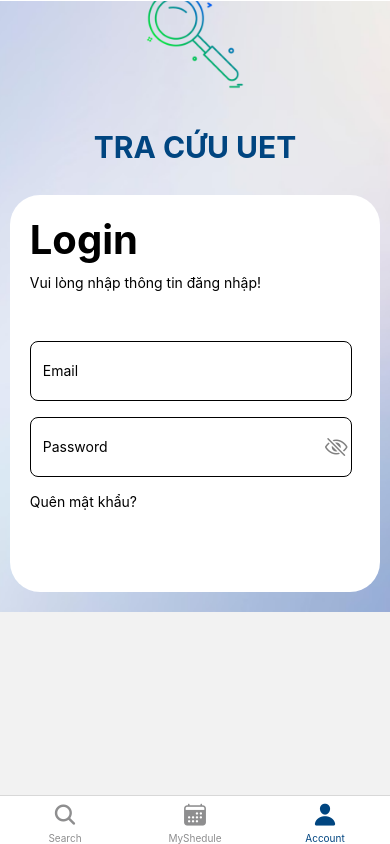
Repository: nguyenkhackien/Student-Progress-Tracker-
Screen: /Account (app in MyApp/)
An editor plug-in stored every save of this project. The screen is shown before and after a run of saves, followed by the edit.
The app was drawn by React Native's web renderer in a window 390 px wide. The project was rebuilt for these pictures with package versions that can differ from the ones it lists, and the page was loaded fresh each time. Also part of the build but not shown: MyApp/src/components/MyScheduleScreen.js.

Above is the screen before, as saved 2024-07-21 22:26:13.

### MyApp/App.js
import { createBottomTabNavigator } from "@react-navigation/bottom-tabs"
import { StatusBar } from "react-native"
import { Platform, SafeAreaView, StyleSheet, Text, View } from "react-native"
import AccountScreen from "./src/components/AccountScreen"
import MyScheduleScreen from "./src/components/MyScheduleScreen"
import SearchScreen from "./src/components/SearchSreen"
import { NavigationContainer } from "@react-navigation/native"
import { primaryColor } from "./src/Constants/Color"
import { Ionicons } from "@expo/vector-icons"

const Tab = createBottomTabNavigator()
const screenOptions = {
    headerShown: false,
    tabBarActiveTintColor: primaryColor,
}
export default function App() {
    return (
        <SafeAreaView style={styles.root}>
            <NavigationContainer>
                <Tab.Navigator screenOptions={screenOptions}>
                    <Tab.Screen
                        name="Search"
                        component={SearchScreen}
                        options={{
                            tabBarIcon: ({ focus, color, size }) => {
                                return (
                                    <Ionicons
                                        name={"search"}
                                        size={size}
                                        color={color}
                                    />
                                )
                            },
                        }}
                    />
                    <Tab.Screen
                        name="MyShedule"
                        component={MyScheduleScreen}
                        options={{
                            tabBarIcon: ({ focus, color, size }) => {
                                return (
                                    <Ionicons
                                        name={"calendar"}
                                        size={size}
                                        color={color}
                                    />
                                )
                            },
                        }}
                    />
                    <Tab.Screen
                        name="Account"
                        component={AccountScreen}
                        options={{
                            tabBarIcon: ({ focus, color, size }) => {
                                return (
                                    <Ionicons
                                        name={"person"}
                                        size={size}
                                        color={color}
                                    />
                                )
                            },
                        }}
                    />
                </Tab.Navigator>
            </NavigationContainer>
        </SafeAreaView>
    )
}
const styles = StyleSheet.create({
    root: {
        flex: 1,
        paddingTop: Platform.OS === "android" ? StatusBar.currentHeight : 1,
    },

})

### MyApp/src/components/AccountScreen.js
import { StyleSheet, Text, View } from "react-native"
import LoginScreen from "./LoginScreen"
export default function AccountScreen() {
    return (
        <LoginScreen/>
    )
}
const style = StyleSheet.create({

})

### MyApp/src/components/SearchSreen.js
import { StyleSheet, Text, View } from "react-native"

export default function SearchScreen() {
    return (
        <View>
            <Text> Search screen</Text>
        </View>
    )
}

### MyApp/src/Constants/Color.js
export const primaryColor = "#004580"

### MyApp/src/components/LoginScreen.js
import React, { useState } from "react"
import {
    View,
    Text,
    Image,
    TextInput,
    TouchableOpacity,
    ImageBackground,
    TouchableWithoutFeedback,
    Keyboard,
} from "react-native"
import { Ionicons } from "@expo/vector-icons"
import { primaryColor } from "../Constants/Color"

const LoginScreen = () => {
    const [Email, setEmail] = useState("")
    const [password, setPassword] = useState("")
    const [passwordVisible, setPasswordVisible] = useState(false)

    const togglePasswordVisibility = () => {
        setPasswordVisible(!passwordVisible)
    }

    return (
        <TouchableWithoutFeedback onPress={Keyboard.dismiss}>
            <View>
                <ImageBackground
                    source={require("../../assets/bgc.png")}
                    style={{ width: "100%", height: "100%" }}
                >
                    <View style={styles.container}>
                        <Image
                            source={require("../../assets/logo.png")}
                            style={styles.logoIcon}
                        />
                        <Text style={styles.title}>TRA CỨU UET</Text>
                        <View style={styles.loginContainer}>
                            <Text
                                style={{
                                    fontSize: 40,
                                    color: "black",
                                    fontWeight: "bold",
                                    marginBottom: 10,
                                }}
                            >
                                Login
                            </Text>
                            <Text style={{ marginBottom: 50 }}>
                                Vui lòng nhập thông tin đăng nhập!
                            </Text>
                            <View style={styles.inputContainer}>
                                <TextInput
                                    style={styles.input}
                                    onChangeText={setEmail}
                                    value={Email}
                                    placeholder="Email"
                                />
                            </View>
                            <View style={styles.inputContainer}>
                                <TextInput
                                    style={styles.input}
                                    onChangeText={setPassword}
                                    value={password}
                                    placeholder="Password"
                                    secureTextEntry={!passwordVisible}
                                />
                                <TouchableOpacity
                                    onPress={togglePasswordVisibility}
                                    style={styles.eyeIcon}
                                >
                                    <Ionicons
                                        name={
                                            passwordVisible
                                                ? "eye-outline"
                                                : "eye-off-outline"
                                        }
                                        size={24}
                                        color="grey"
                                    />
                                </TouchableOpacity>
                            </View>
                            <View style={{justifyContent:'flex-end'}}>
                                <Text>Quên mật khẩu?</Text>
                            </View>
                        </View>
                    </View>
                </ImageBackground>
            </View>
        </TouchableWithoutFeedback>
    )
}

const styles = {
    container: {
        flex: 1,
        justifyContent: "flex-end",
        alignItems: "center",
    },
    title: {
        fontSize: 30,
        fontWeight: "bold",
        marginBottom: 30,
        color: primaryColor,
    },
    logoIcon: {
        width: 150,
        height: 150,
        marginVertical: 20,
    },
    loginContainer: {
        width: "95%",
        height: "65%",
        padding: 20,
        marginBottom: 20,
        backgroundColor: "white",
        borderRadius: 30,
    },
    inputContainer: {
        flexDirection: "row",
        alignItems: "center",
        marginBottom: 16,
    },
    input: {
        flex: 1,
        height: 60,
        borderWidth: 1,
        borderRadius: 8,
        paddingHorizontal: 12,
        marginRight: 8,
    },
    phoneIcon: {
        position: "absolute",
        right: 12,
    },
    eyeIcon: {
        position: "absolute",
        right: 12,
    },
}

export default LoginScreen

After the next 5 saves:
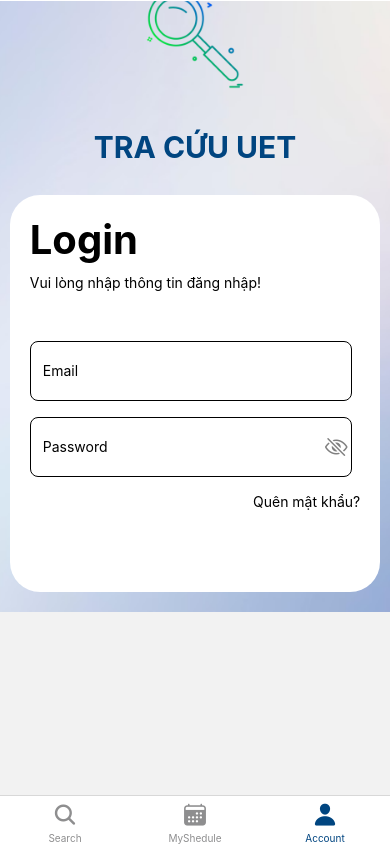
The 5 saves are shown as one change because they came seconds apart.
The last was saved 57 s later.
--- a/MyApp/src/components/LoginScreen.js
+++ b/MyApp/src/components/LoginScreen.js
@@ -79,7 +79,7 @@ const LoginScreen = () => {
                                     />
                                 </TouchableOpacity>
                             </View>
-                            <View style={{justifyContent:'flex-end'}}>
+                            <View style={{justifyContent:'flex-end',flexDirection:'row'}}>
                                 <Text>Quên mật khẩu?</Text>
                             </View>
                         </View>
